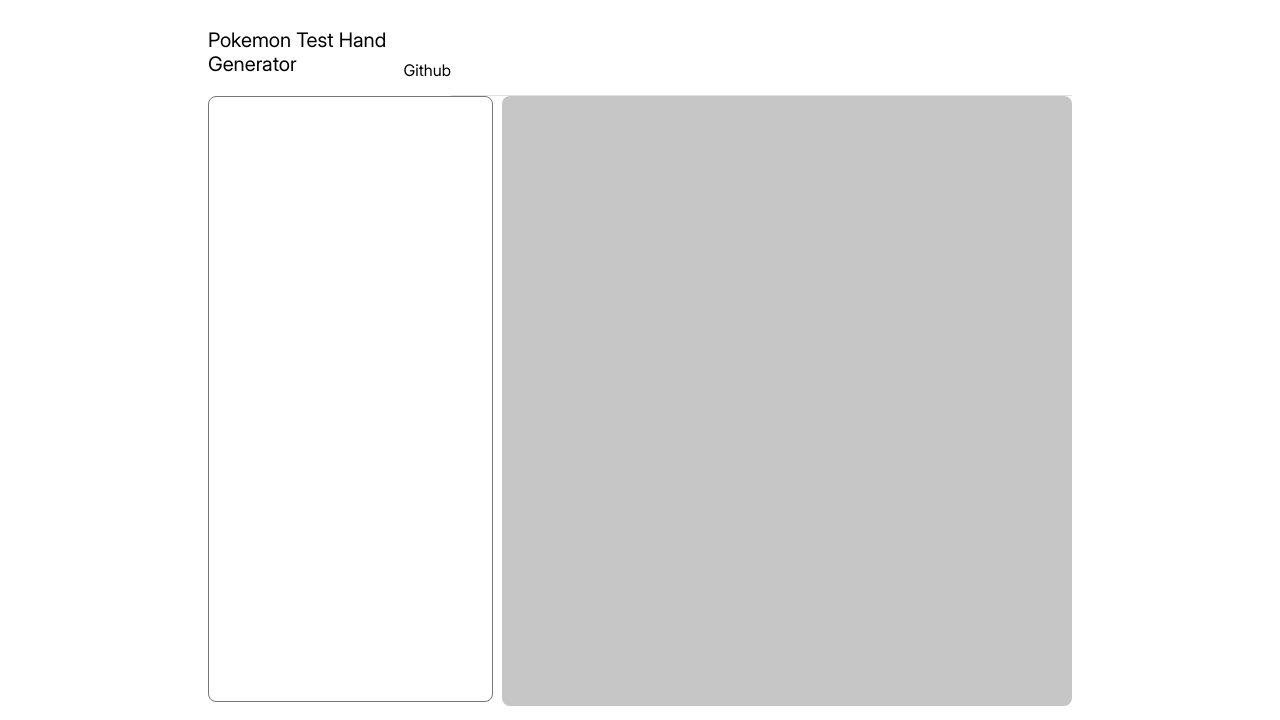
Repository: danielj1415/test-hand-simulator
Page: /
These files come from the project's save history. The page is drawn as it stood at one moment and after the next save; the edit follows.
The browser window is 1280 px wide. The pictures show the whole page.
The project was rebuilt for these pictures with package versions that can differ from the ones it lists, and the page was loaded fresh each time. Also part of the build but not shown: vite.config.ts, src/index.css.

Above is the page before, as saved 2024-10-30 18:08:53.

### src/App.tsx
import { useState } from 'react'
import './App.css'
import { Outlet, Link } from "react-router-dom";

function App() {

  const [deckList, setDeckList] = useState({
    deck: ''
  })

  // Handle input changes
  const handleChange = (e: { target: { name: any; value: any; }; }) => {
    const { name, value } = e.target;
    setDeckList((prevData) => ({
      ...prevData,
      [name]: value
    }));
  };

  // Handle form submission
  const handleSubmit = (e: { preventDefault: () => void; }) => {
    e.preventDefault(); // Prevents the default form submission behavior
    // Process the form data here (e.g., send to an API)
  };

  return (
    <div>
      <div className = "mainContainer">
        <div className = "navigationBar">
          <p className = "headerTextBold">Pokemon Test Hand Generator</p>
          <p className = "headerText">Github</p>
          <div className = "divider"/>
        </div>
        <div className = "mainBody">
          <div className = "inputDeck">
            <form onSubmit = {handleSubmit}>
              <div>
                <label htmlFor="deck"></label>
                <textarea className = "deckInputDiv" id="deck" name="deck" value={deckList.deck} onChange={handleChange}/>
              </div>
            </form>
          </div>
          <div className = "testHands"></div>
        </div>
      </div>
    </div>
  )
}

export default App

### src/App.css

@import "./fonts.css";

.mainContainer{
  margin-left: 200px;
  margin-right: 200px;
}

.navigationBar{
  display: flex;
  align-items:flex-end;
  justify-content: space-between;
  margin-top: 8px;
}

.headerText{
  font-size: 16px;
  font-family: "Inter";
}

.headerTextBold{
  font-size: 20px;
  font-family: "Inter";
}

.divider{
  width: 100%;
  height: 1px;
  background-color: rgb(224, 224, 224);
}

.mainBody{
  display: flex;
  justify-content: space-between;
}

.inputDeck{
  width: 33%;
  border-radius: 8px;
}

.testHands{
  width: 66%;
  background-color: rgb(198, 198, 198);
  border-radius: 8px;
}


.deckInputDiv{
  width: 98%;
  height: 600px;
  resize: none;
  border-radius: 8px;
  font-family: "Inter";
}

### src/fonts.css
@font-face {
    font-family: "Inter";
    src: url("/src/assets/fonts/Inter_28pt-Regular.ttf");
  }

Loaded but not shown: index.html (common file); src/main.tsx (common file)

After the next save:
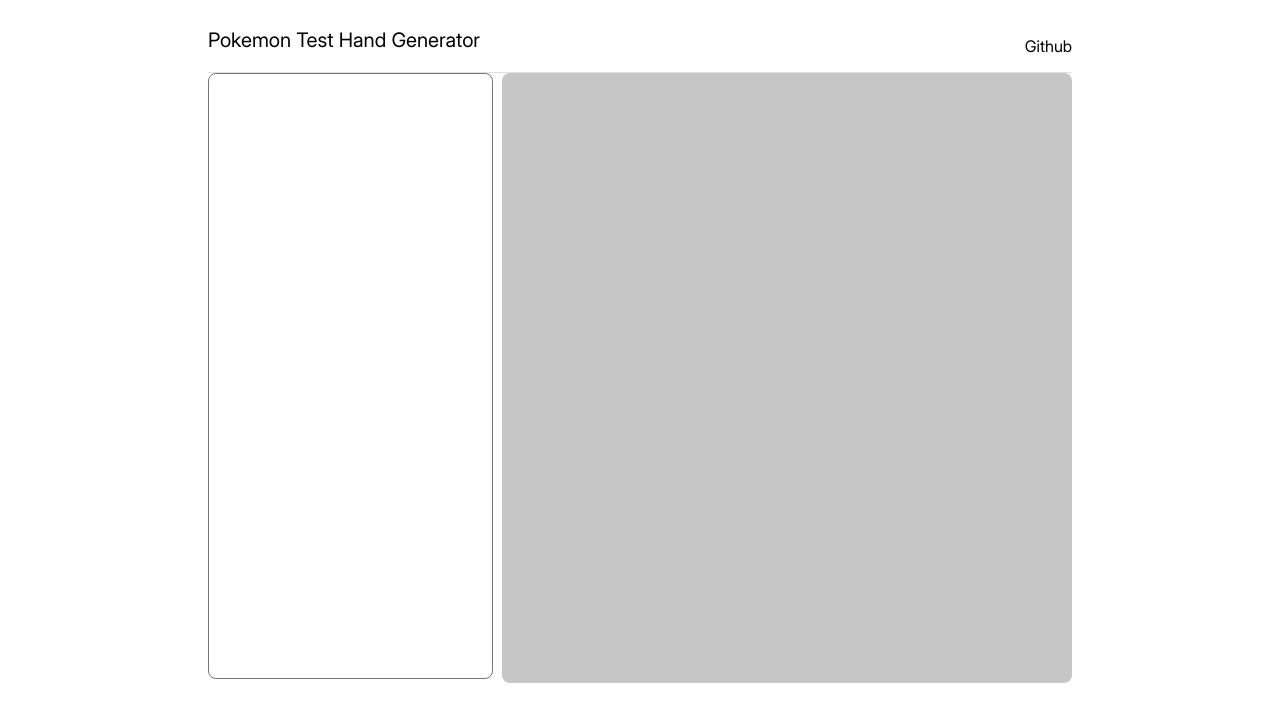
Saved 25 s later.
--- a/src/App.tsx
+++ b/src/App.tsx
@@ -29,8 +29,8 @@ function App() {
         <div className = "navigationBar">
           <p className = "headerTextBold">Pokemon Test Hand Generator</p>
           <p className = "headerText">Github</p>
-          <div className = "divider"/>
         </div>
+        <div className = "divider"/>
         <div className = "mainBody">
           <div className = "inputDeck">
             <form onSubmit = {handleSubmit}>
